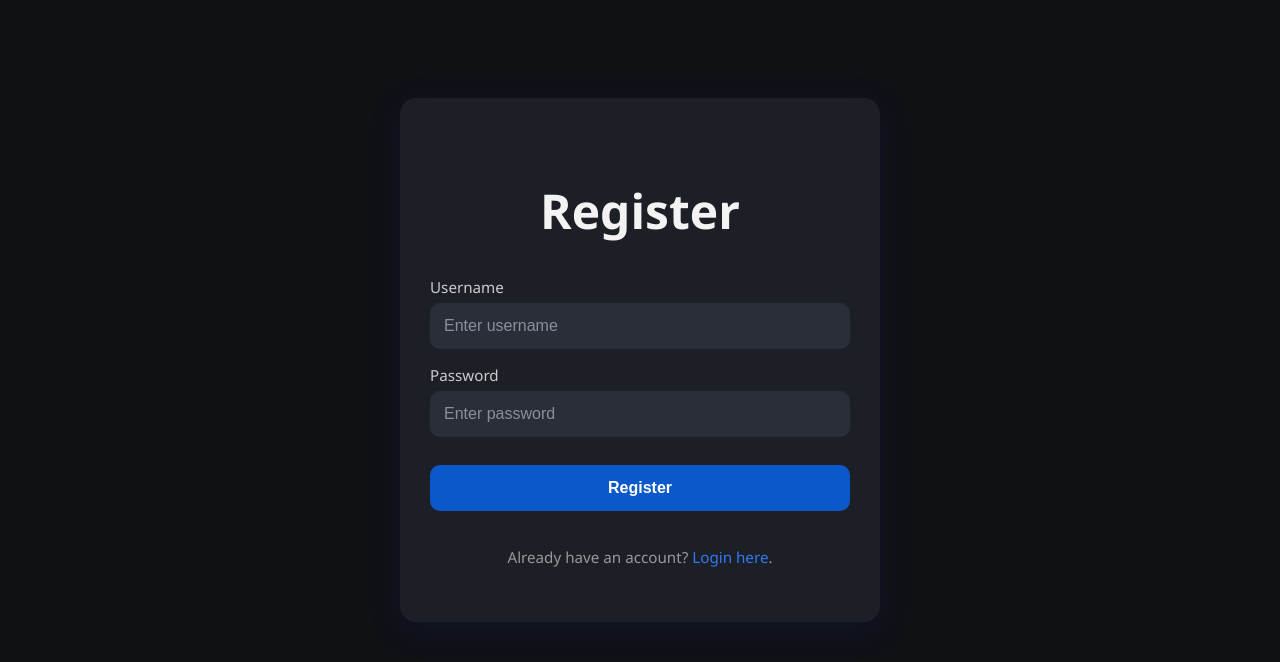
Repository: lowluds/auth-flask
Page: http://localhost/register
The author's editor kept a copy of each file at every save. The page is drawn from the files as they stood at one save, then again after the next save.
The browser window is 1280 px wide. The pictures show the whole page.
The page is served by the project's application, run on Flask 3 (login.py).

Above is the page before, as saved 2025-07-10 23:08:37.

### templates/register.html
<!DOCTYPE html>
<html lang="en">
<head>
    <meta charset="UTF-8">
    <meta name="viewport" content="width=device-width, initial-scale=1.0">
    <title>Register</title>
    <link rel="stylesheet" href="{{ url_for('static', filename='register.css') }}">
    <link rel="stylesheet" href="{{ url_for('static', filename='error.css') }}">
</head>
<body>
    <div class="register-container">
        <h2>Register</h2>
        <form method="POST" action="/register">
            <label for="username">Username</label>
            <input type="text" id="username" name="username" placeholder="Enter username" required>

            <label for="password">Password</label>
            <input type="password" id="password" name="password" placeholder="Enter password" required>

            {% with messages = get_flashed_messages(with_categories=true) %}
              {% if messages %}
                {% for category, message in messages %}
                  {% if category == 'error' %}
                  <div class="input-error">{{ message }}</div>
                  {% endif %}
                {% endfor %}
              {% endif %}
            {% endwith %}

            <button type="submit">Register</button>
        </form>
        <p>Already have an account? <a href="{{ url_for('login') }}">Login here</a>.</p>
    </div>
</body>
</html>

### login.py
from flask import Flask, render_template, request, redirect, url_for, session, flash
from werkzeug.security import check_password_hash
from werkzeug.security import generate_password_hash
import json

app = Flask (__name__)
app.secret_key = '123abc456'  # Change this to a secure random value

@app.route('/')
def home():
    return redirect(url_for('login'))

# Login
@app.route('/login', methods=['GET', 'POST'])
def login():
    if request.method == 'POST':
        # Get form input
        username = request.form['username']
        password = request.form['password']

        # Load users from JSON
        with open('users/userDB.json', 'r') as file:
            data = json.load(file)

        # Look for user
        for user in data['users']:
            if user['username'] == username:
                # Check hashed password
                if check_password_hash(user['password'], password):
                    session['username'] = username
                    session['group'] = user['group']
                    session.pop('show_forgot', None)

                    # Redirect based on group
                    if user['group'] == 'admin':
                        return redirect(url_for('admin'))
                    else:
                        return redirect(url_for('dashboard'))

                flash("Incorrect password", "error")
                session['show_forgot'] = True
                return redirect(url_for('login'))

        flash("Username or password not found", "error")
        session.pop('show_forgot', None)
        return redirect(url_for('login'))

    show_forgot = session.pop('show_forgot', False)
    return render_template('login.html', show_forgot=show_forgot)

# Register
@app.route('/register', methods=['GET', "POST"])
def register():
    if request.method == 'POST':
        username = request.form['username']
        password = request.form['password']
        group = "user"

        # Load existing users
        with open('users/userDB.json', 'r') as file:
            data = json.load(file)

        # Check for duplicate username
        for user in data['users']:
            if user['username'] == username:
                flash("Username already exists. Please choose another.", "error")
                return redirect(url_for('register'))

        # Hash the password
        hashed_password = generate_password_hash(password)

        # Add new user to userDB.json
        data['users'].append({
            'username': username,
            'password': hashed_password,
            'group'   : group
        })

        # Save the updated user to userDB.json
        with open('users/userDB.json', "w") as file:
            json.dump(data, file, indent=4)

        flash("You are registered! Please log in.", "success")
        return redirect(url_for('login'))

    # Only runs for GET requests
    return render_template('register.html')

# Forgot Password
@app.route('/forgot')
def forgot_password():
    return render_template('forgot.html')

# Dashboard
@app.route('/dashboard')
def dashboard():
    # Check if user is logged in
    if 'username' in session:
        return render_template('dashboard.html')
    else:
        return redirect(url_for('login'))
# Admin dashboard
@app.route('/admin')
def admin():
    if 'username' in session:
        if session.get('group') == 'admin':
            return render_template('admin.html')
        else:
            return "You are logged in, but not authorized to view this page"
    else:
        return redirect(url_for('login'))

# Logout
@app.route('/logout')
def logout():
    session.pop('username', None)
    return redirect(url_for('login'))

if __name__ == '__main__':
    app.run(debug=True)

### static/register.css
/* Global dark theme */
body {
    background: #0f1115;
    font-family: 'Segoe UI', Tahoma, Geneva, Verdana, sans-serif;
    margin: 0;
    padding: 0;
    color: #f3f3f3;
    min-height: 100vh;
    display: flex;
    justify-content: center;
    align-items: center;
}

/* Shared container styles */
.login-container,
.register-container,
.dashboard-container,
.admin-dashboard-container {
    background: #1c1f26;
    max-width: 420px;
    width: 100%;
    padding: 40px 30px;
    margin: 60px auto;
    border-radius: 16px;
    box-shadow: 0 8px 32px rgba(31, 38, 135, 0.18);
    display: flex;
    flex-direction: column;
    align-items: center;
}

.input-group {
    position: relative;
    width: 100%;
    margin-bottom: 16px;
}

.input-group i {
    position: absolute;
    top: 50%;
    left: 16px;
    transform: translateY(-50%);
    color: #8a8f9c;
    font-size: 1.2rem;
    pointer-events: none;
}

.input-group input {
    padding: 14px 16px 14px 46px;
    height: 48px;
    border: none;
    border-radius: 8px;
    background-color: #2a2e39;
    color: #f3f3f3;
    font-size: 1rem;
    width: 100%;
    box-sizing: border-box;
    margin-bottom: 0;
}

.input-group input:focus {
    box-shadow: 0 0 0 2px rgba(52, 120, 246, 0.4);
}

/* Headings */
.login-container h2,
.register-container h2,
.dashboard-container h2,
.admin-dashboard-container h2 {
    color: #f3f3f3;
    margin-bottom: 34px;
    font-weight: 600;
    font-size: 3rem;
    text-align: center;
}

/* Forms */
form {
    width: 100%;
    display: flex;
    flex-direction: column;
    margin-bottom: 20px;
}

/* Labels */
label {
    margin-bottom: 6px;
    color: #ccc;
    font-size: 0.95rem;
}

/* Inputs */
input,
select {
    padding: 14px;
    margin-bottom: 16px;
    border: none;
    border-radius: 10px;
    background-color: #2a2e39;
    color: #f3f3f3;
    font-size: 1rem;
    transition: all 0.2s ease-in-out;
}

input::placeholder {
    color: #8a8f9c;
}

input:focus,
select:focus {
    outline: none;
    background-color: #2f3541;
    border: 1.5px solid #3478f6;
}

/* Buttons */
button {
    background-color: #0a58ca;
    color: #fff;
    border: none;
    border-radius: 10px;
    padding: 14px;
    font-size: 1rem;
    font-weight: 600;
    cursor: pointer;
    transition: background-color 0.3s ease;
    margin-top: 12px;
}

button:hover {
    background-color: #0846a1;
}

/* Links */
a {
    color: #3478f6;
    text-decoration: none;
    font-weight: 500;
    font-size: 0.95rem;
}

a:hover {
    color: #5a9afc;
    text-decoration: underline;
}

.login-container .login-icon {
    font-size: 84px;
    color: #0a58ca;
    margin-bottom: 0px;
}


/* Paragraphs */
p {
    margin-top: 16px;
    color: #999;
    font-size: 0.95rem;
}

/* Forgot Password */
.forgot-link {
    text-align: center;
    margin-bottom: 10px;
}

/* Flash error styling */
.input-error {
    color: #ff4d4d;
    font-weight: bold;
    margin-bottom: 12px;
    text-align: center;
}

/* Responsive */
@media (max-width: 600px) {
    .login-container,
    .register-container,
    .dashboard-container,
    .admin-dashboard-container {
        width: 90%;
        padding: 24px;
    }
}

### static/error.css
/* Modern error style for login and form input errors */
.input-error {
    background: none;
    color: #ff0000;
    padding: 0;
    border-radius: 0;
    margin: 14px 0 18px 0;
    font-weight: 600;
    text-align: center;
    box-shadow: none;
    letter-spacing: 0.7px;
    font-size: 1.08rem;
    border: none;
    text-shadow: none;
    max-width: 400px;
    width: 90%;
    margin-left: auto;
    margin-right: auto;
}
@keyframes fadeOut {
  0% { opacity: 0.98; transform: translateY(0); }
  80% { opacity: 0.98; }
  100% { opacity: 0; transform: translateY(-20px); pointer-events: none; }
}

After the next save:
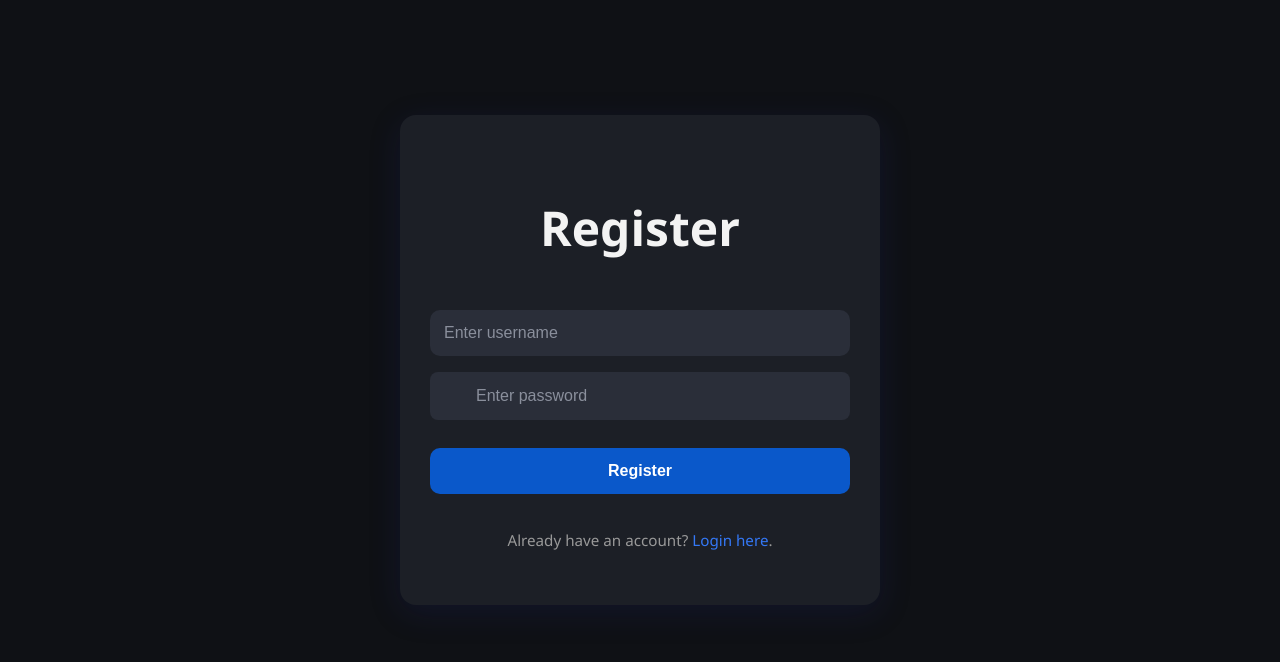
Saved 54 s later.
--- a/templates/register.html
+++ b/templates/register.html
@@ -11,11 +11,16 @@
     <div class="register-container">
         <h2>Register</h2>
         <form method="POST" action="/register">
-            <label for="username">Username</label>
+
+          <div class="input-group">
+            <i class="fas fa-user"></i>
+            </div>
             <input type="text" id="username" name="username" placeholder="Enter username" required>
 
-            <label for="password">Password</label>
+          <div class="input-group">
+              <i class="fas fa-lock"></i>
             <input type="password" id="password" name="password" placeholder="Enter password" required>
+          </div>
 
             {% with messages = get_flashed_messages(with_categories=true) %}
               {% if messages %}
